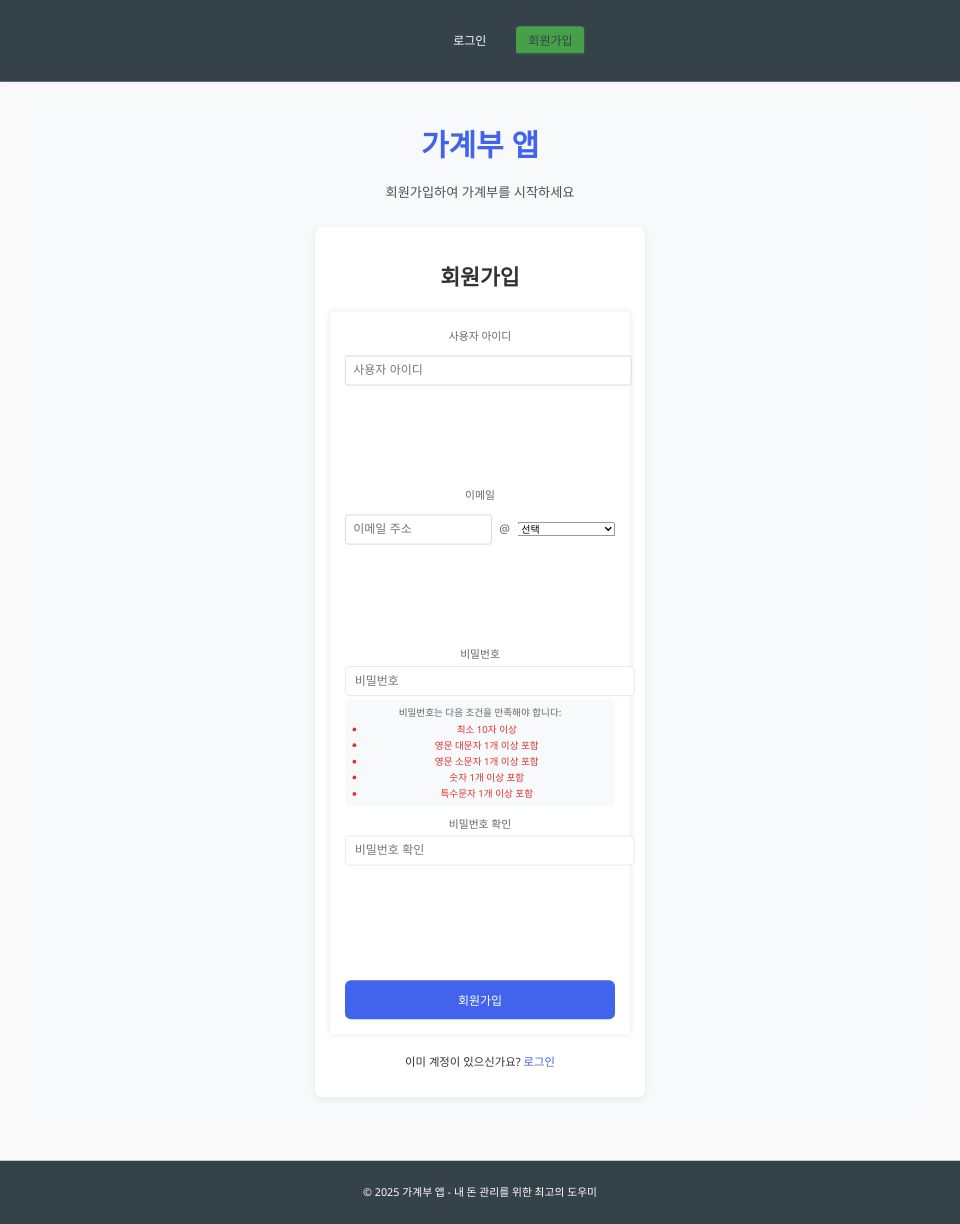
Repository: dldnwls07/Register_Login_Form
Page: /register
An editor plug-in stored every save of this project. The page is shown before and after the next save, followed by the edit.
The browser window is 1280 px wide. The pictures show the whole page, at 75% of full size.
The project was rebuilt for these pictures with package versions that can differ from the ones it lists, and the page was loaded fresh each time. Also part of the build but not shown: src/components/Summary.jsx, src/styles/pages/MainPage.css, src/pages/MainPage.jsx, src/utils/categoryData.js, src/components/CategorySelector.jsx, src/components/EntryForm.jsx, src/components/EntryTable.jsx, src/components/SearchBar.jsx and 15 more.

Above is the page before, as saved 2025-05-23 14:13:01.

After the next save:
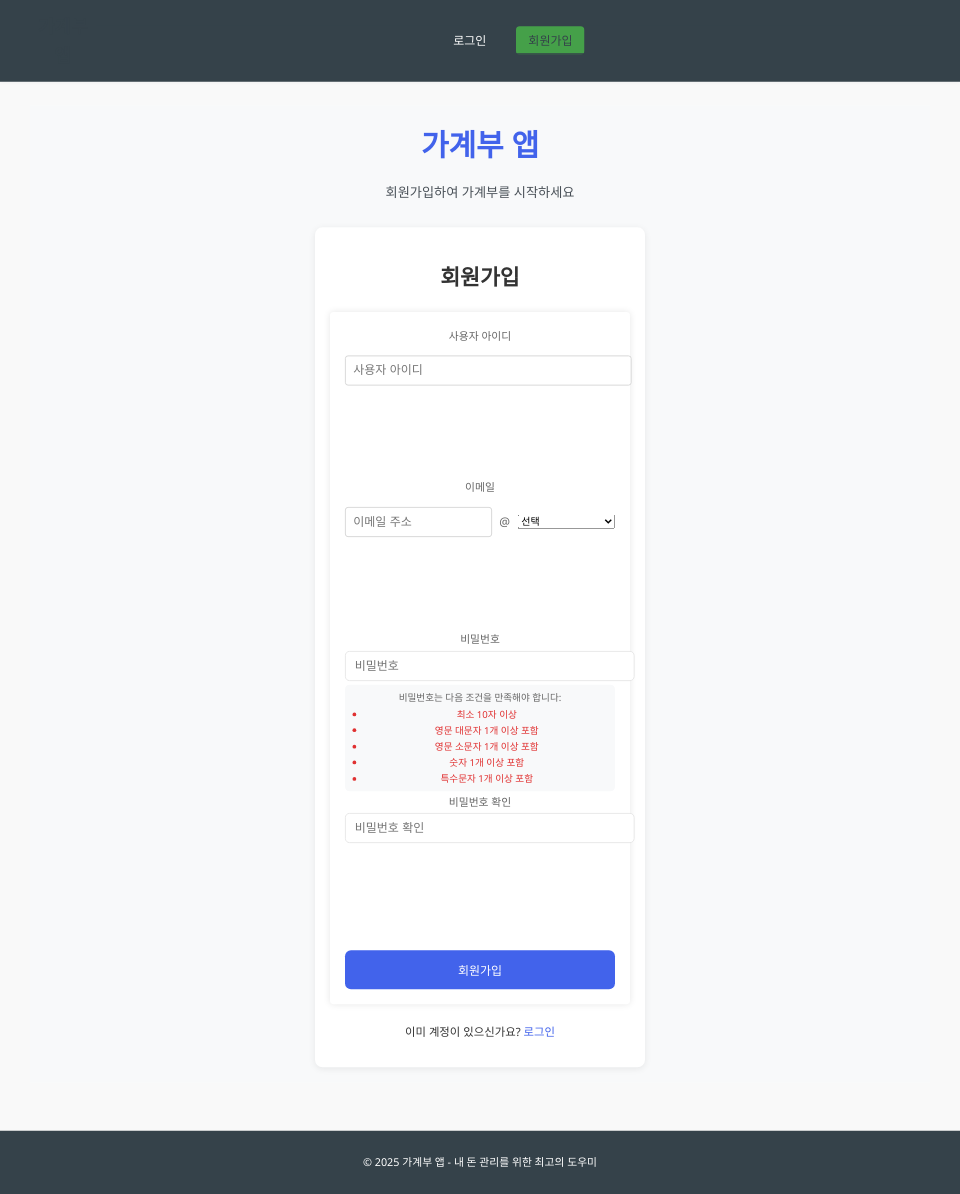
Saved 4 s later.
--- a/src/styles/components/AuthForm.css
+++ b/src/styles/components/AuthForm.css
@@ -20,7 +20,7 @@
 .auth-form {
   display: flex;
   flex-direction: column;
-  gap: 10px;
+  gap: 0px;
 }
 
 .form-group {
